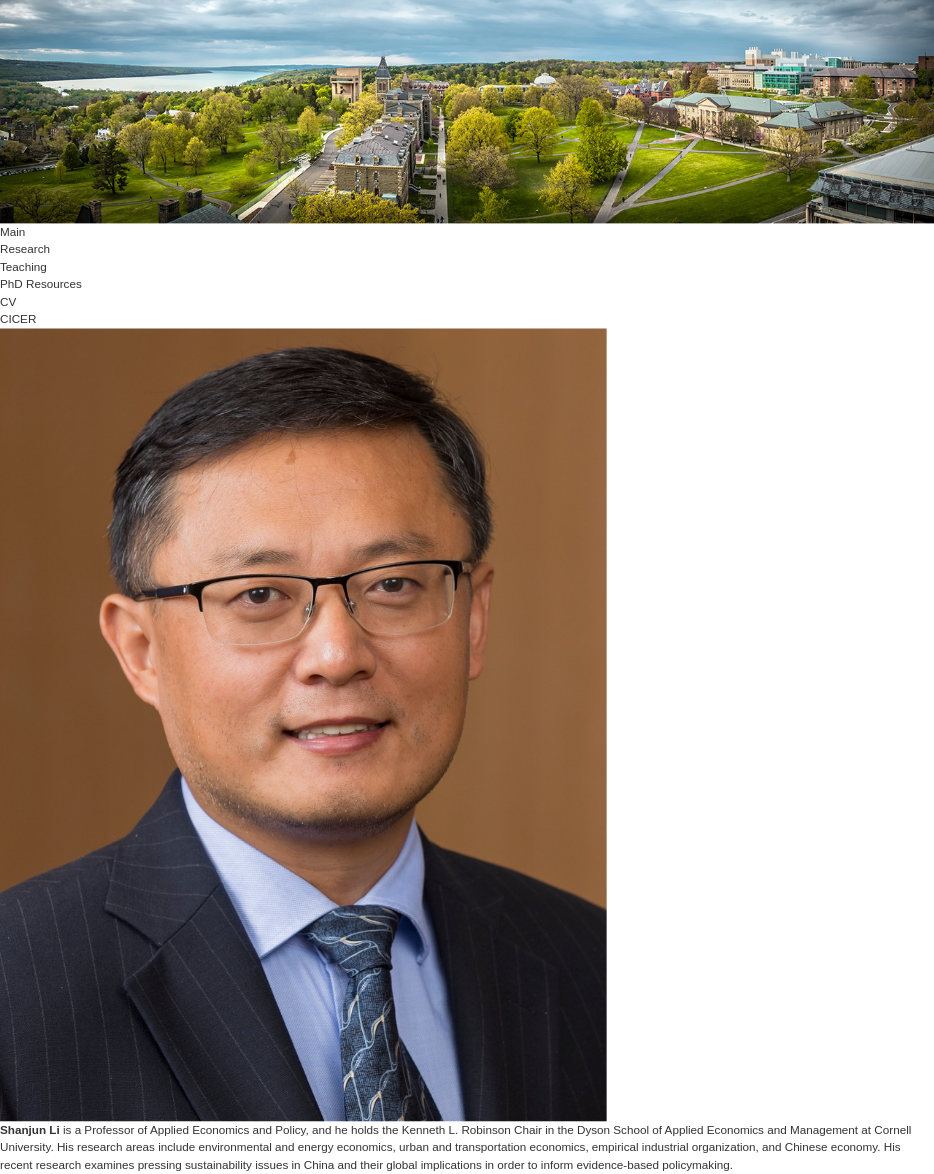
Repository: huang-heavenly-Emperor/k1_project
Page: research.html
An editor plug-in stored every save of this project. The page is shown before and after the next save, followed by the edit.
The browser window is 1280 px wide. The pictures show the whole page, at 73% of full size.

Above is the page before, as saved 2024-11-17 03:12:12.
Not found: research.css

### research.html
<!DOCTYPE html>
<html lang="en">
<head>
    <meta charset="UTF-8">
    <meta name="viewport" content="width=device-width, initial-scale=1.0">
    <title>Research - Cornell University</title>
    <link rel="stylesheet" href="reset.css">
    <link rel="stylesheet" href="research.css">
</head>
<body>
    <header class="header">
        <div class="banner">
            <img src="images/Cornell University Ithaca Campus.jpg" alt="Cornell University Campus Panorama" class="banner-img">
        </div>
        <nav class="main-nav">
            <div class="container">
                <ul class="nav-list">
                    <li><a href="#">Main</a></li>
                    <li><a href="#" class="active">Research</a></li>
                    <li><a href="#">Teaching</a></li>
                    <li><a href="#">PhD Resources</a></li>
                    <li><a href="#">CV</a></li>
                    <li><a href="#">CICER</a></li>
                </ul>
            </div>
        </nav>
    </header>

    <main class="container">
        <article class="researcher-profile">
            <div class="profile-image">
                <img src="images/facpic_li.jpg" alt="Professor Profile Image">
            </div>
            <div class="profile-content">
                <section class="research-intro">
                    <p><strong>Shanjun Li</strong> is a Professor of Applied Economics and Policy, and he holds the Kenneth L. Robinson Chair in the <a href="#">Dyson School of Applied Economics and Management</a> at Cornell University. His research areas include environmental and energy economics, urban and transportation economics, empirical industrial organization, and Chinese economy. His recent research examines pressing sustainability issues in China and their global implications in order to inform evidence-based policymaking.</p>
                </section>

                <section class="current-positions">

### reset.css
/* Reset CSS */
*, *::before, *::after {
    margin: 0;
    padding: 0;
    box-sizing: border-box;
}

html, body {
    height: 100%;
    font-size: 16px;
    line-height: 1.5;
    -webkit-font-smoothing: antialiased;
    -moz-osx-font-smoothing: grayscale;
}

body {
    font-family: Arial, sans-serif;
    color: #333;
}

ul, ol {
    list-style: none;
}

a {
    text-decoration: none;
    color: inherit;
}

img {
    max-width: 100%;
    height: auto;
    display: block;
}

button, input, select, textarea {
    font: inherit;
    color: inherit;
}

h1, h2, h3, h4, h5, h6 {
    font-size: inherit;
    font-weight: inherit;
}

After the next save:
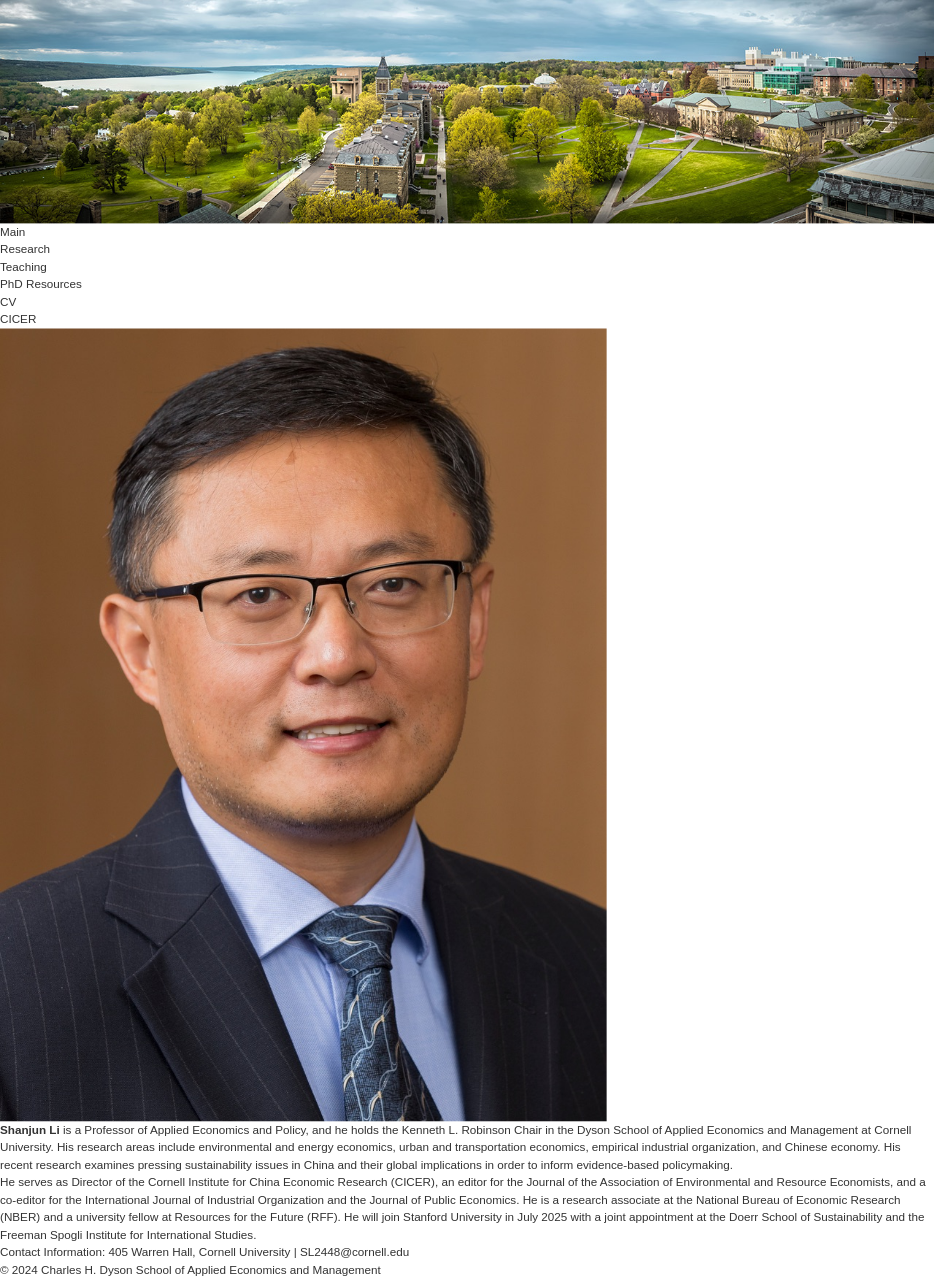
Saved 5 s later.
--- a/research.html
+++ b/research.html
@@ -37,3 +37,20 @@
                 </section>
 
                 <section class="current-positions">
+                    <p>He serves as Director of the <a href="#">Cornell Institute for China Economic Research (CICER)</a>, an editor for the <a href="#">Journal of the Association of Environmental and Resource Economists</a>, and a co-editor for the <a href="#">International Journal of Industrial Organization</a> and the <a href="#">Journal of Public Economics</a>. He is a research associate at the <a href="#">National Bureau of Economic Research (NBER)</a> and a university fellow at <a href="#">Resources for the Future (RFF)</a>. He will join Stanford University in July 2025 with a joint appointment at the <a href="#">Doerr School of Sustainability</a> and the <a href="#">Freeman Spogli Institute for International Studies</a>.</p>
+                </section>
+
+                <section class="contact-info">
+                    <p>Contact Information: 405 Warren Hall, Cornell University | <a href="mailto:SL2448@cornell.edu">SL2448@cornell.edu</a></p>
+                </section>
+            </div>
+        </article>
+    </main>
+
+    <footer class="footer">
+        <div class="container">
+            <p>© 2024 Charles H. Dyson School of Applied Economics and Management</p>
+        </div>
+    </footer>
+</body>
+</html>
